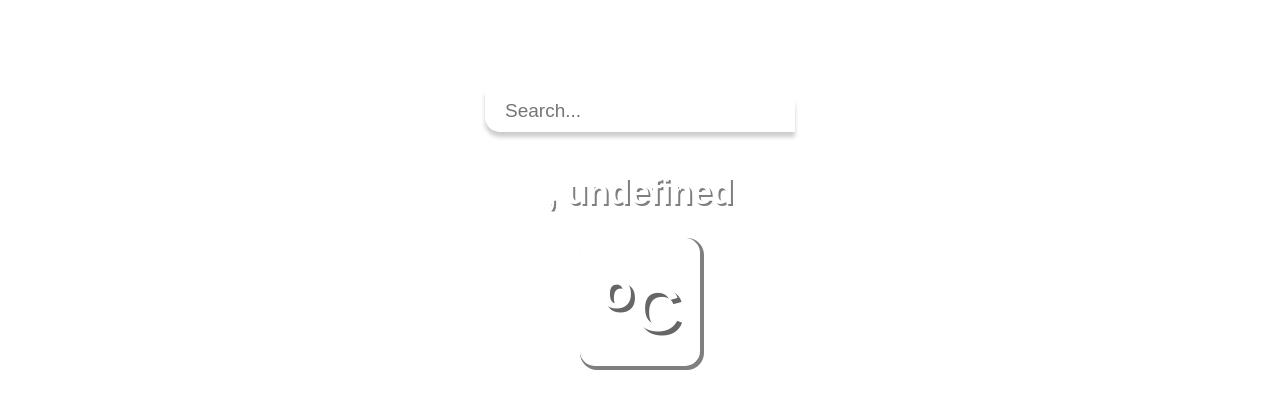
Repository: HoanTiny/30projects-30day
Page: Day 9/index.html
The author's editor kept a copy of each file at every save. The page is drawn from the files as they stood at one save, then again after the next save.
The browser window is 1280 px wide. The pictures show the whole page.

Above is the page before, as saved 2021-12-10 15:03:42.

After the next save:
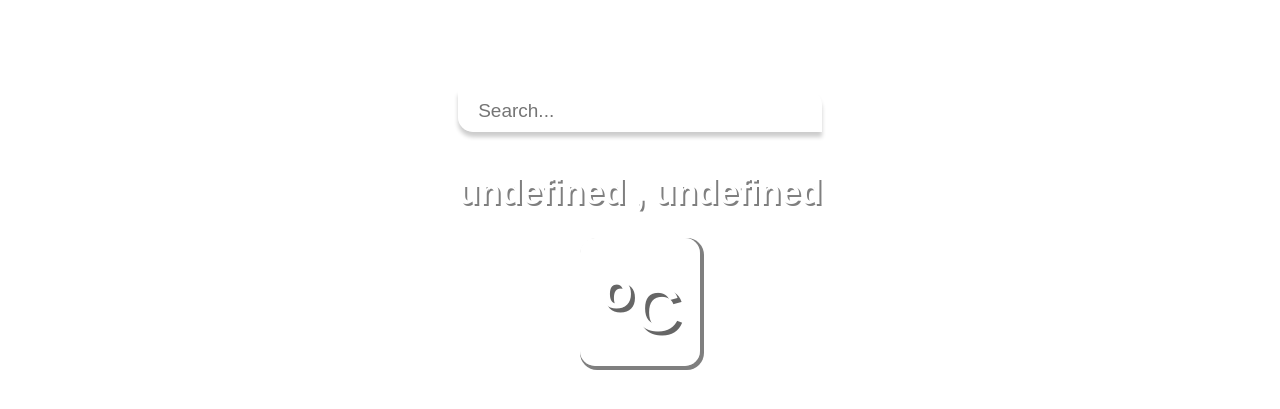
Saved 27 s later.
--- a/Day 9/app.js
+++ b/Day 9/app.js
@@ -16,7 +16,7 @@ function getWeather(input) {
 }
 
 function changeWeatherUI(weather) {
-    city.innerHTML = input.value;
+    city.innerHTML = weather.name;
     country.innerHTML = weather.country;
     // console.log(weather.wind.speed);
 }
